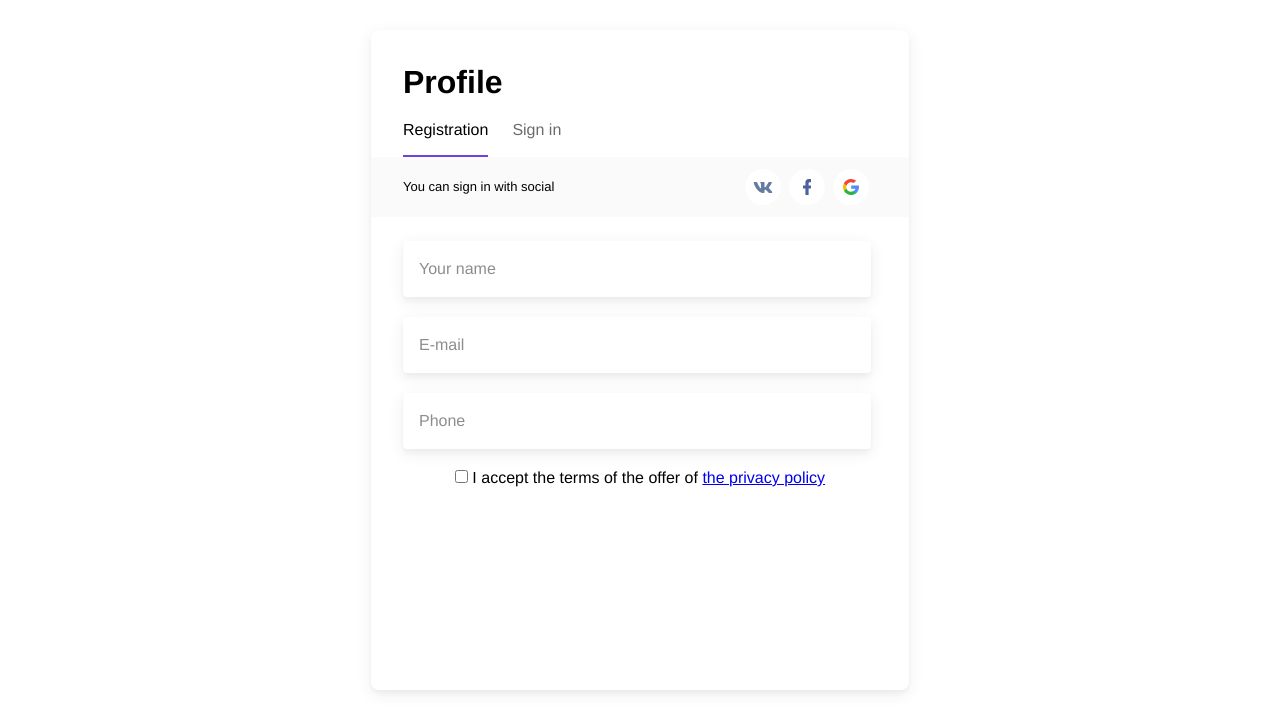
Repository: skydevil1604/vue-test-app
Page: /
An editor plug-in stored every save of this project. The page is shown before and after the next save, followed by the edit.
The browser window is 1280 px wide. The pictures show the whole page.
The project was rebuilt for these pictures with package versions that can differ from the ones it lists, and the page was loaded fresh each time.

Above is the page before, as saved 2020-04-06 15:05:05.

### public/index.html
<!DOCTYPE html>
<html lang="en">
  <head>
    <meta charset="utf-8">
    <meta http-equiv="X-UA-Compatible" content="IE=edge">
    <meta name="viewport" content="width=device-width,initial-scale=1.0">
    <link rel="icon" href="<%= BASE_URL %>favicon.ico">
    <link rel="stylesheet" href="../src/assets/normalize.css">
    <title><%= htmlWebpackPlugin.options.title %></title>
  </head>
  <body>
    <noscript>
      <strong>We're sorry but <%= htmlWebpackPlugin.options.title %> doesn't work properly without JavaScript enabled. Please enable it to continue.</strong>
    </noscript>
    <div id="app"></div>
    <!-- built files will be auto injected -->
  </body>
</html>

### src/App.vue
<template>
  <div id="app">
    <AuthenticationForm />
  </div>
</template>

<script>
import AuthenticationForm from './components/AuthenticationForm';

export default {
  name: 'App',
  components: {
    AuthenticationForm
  }
}
</script>

<style>
#app {
  font-family: Avenir, Helvetica, Arial, sans-serif;
  -webkit-font-smoothing: antialiased;
  -moz-osx-font-smoothing: grayscale;
  text-align: center;
  display: flex;
  height: 100vh;
}
</style>

### src/components/AuthenticationForm.vue
<template>
    <div class="authentication">
        <h1 class="authentication__header">Profile</h1>
        <Tabs>
            <Tab name="Registration">
                <RegistrationComponent />
            </Tab>
            <Tab name="Sign in">
                <LoginComponent :validate="false"/>
            </Tab>
        </Tabs>
    </div>
</template>
<script>
import Tabs from '@/components/Tabs';
import Tab from '@/components/Tab';
import LoginComponent from '@/components/Login';
import RegistrationComponent from '@/components/Registration';

export default {
    name: 'AuthenticationForm',
    components: {
        Tabs,
        Tab,
        LoginComponent,
        RegistrationComponent,
    }
}
</script>

<style lang="scss" scoped>
    .authentication {
        margin: auto;
        width: 474px;
        height: 628px;
        background: #FFFFFF;
        box-shadow: 0px 4px 16px rgba(51, 51, 51, 0.08), 0px 4px 4px rgba(51, 51, 51, 0.04);
        border-radius: 8px;
        padding-top: 32px;
        padding-left: 32px;
        padding-right: 32px;

            &__header {
                text-align: left;
                font-style: normal;
                font-weight: bold;
                font-size: 32px;
                line-height: 40px;
                margin: 0;
            }
    }
</style>

### src/components/Tabs.vue
<template>
    <div class="tabs">
        <ul class="tabs__list">
            <li
                v-for="(item, index) in items"
                :key="index"
                :class="item.active ? 'tabs__listitem tabs__listitem--active': 'tabs__listitem'"
                >
                <a
                    :href="item.hash"
                    class="tabs__itemlink"
                    v-text="item.name"
                    @click.prevent="showTab(item.hash)">
                </a>
            </li>
        </ul>
        <section class="tabs__content">
            <slot />
        </section>
    </div>
</template>
<script>
export default {
    name: 'Tabs',
    data() {
        return {
            items: [],
            selected: '',
        }
    },
    methods: {
        showTab(target) {
            this.items.forEach(item => item.active = (item.hash === target))
        },
    },
    created() {
        this.items = this.$children
    },
    mounted() {
        const startItem = this.items.findIndex(item => item.start)
        this.items[startItem > 0 ? startItem : 0].active = true;
    }
}
</script>
<style lang="scss" scoped>
.tabs {
    display: flex;
    flex-direction: column;
    &__list {
        display: flex;
        flex-direction: row;
        padding: 0;
        margin-bottom: 0;
        list-style-type: none;
    }
    &__listitem {
        min-width: 50px;
        color: black;
        font-size: 16px;
        line-height: 24px;
        padding-bottom: 15px;
        color: #6B6B6B;
        &--active {
            border-top-width: 6px;
            color: black;
            box-shadow: inset 0px -2px 0px #6E41E2;
        }
        &:first-child {
            border-top-left-radius: 5px;
            margin-right: 24px;
        }
        &:last-child {
            border-top-right-radius: 5px;
        }
    }
    &__itemlink {
        flex: 1;
        display: flex;
        align-items: center;
        text-decoration: none;
        font-size: inherit;
        color: inherit;
    }
}
</style>

### src/components/Tab.vue
<template>
    <div
        :id="hash"
        v-show="active">
        <slot />
    </div>
</template>
<script>
export default {
    name: 'Tab',
    props: {
        name: {
            type: String,
            required: true,
        },
        start: {
            type: Boolean,
            default: false,
        },
    },
    data() {
        return {
            active: false,
        }
    },
    computed: {
        hash() {
            return '%23' + this.name.toLowerCase().replace(/ /g, '-');
        },
    },
}
</script>

### src/components/Login.vue
<template>
  <div class="form-wrapper">
    <div class="social">
      <div class="social__text">You can sign in with social</div>
      <div class="social__items">
        <a class="social__item social__item--vkontakte" href="#">
          <svg width="20" height="11" viewBox="0 0 20 11" fill="none" xmlns="http://www.w3.org/2000/svg">
            <path d="M18.8002 0.74C18.9302 0.32 18.8002 0 18.1802 0H16.1602C15.6402 0 15.4102 0.27 15.2802 0.57C15.2802 0.57 14.2502 3.08 12.7902 4.72C12.3102 5.19 12.1002 5.34 11.8402 5.34C11.7102 5.34 11.5002 5.19 11.5002 4.76V0.74C11.5002 0.23 11.3802 0 10.9502 0H7.7602C7.4402 0 7.2502 0.24 7.2502 0.47C7.2502 0.95 8.0002 1.07 8.0502 2.44V5.42C8.0502 6.08 7.9302 6.2 7.6802 6.2C7.0002 6.2 5.3202 3.67 4.3302 0.79C4.1302 0.23 3.9402 0 3.4202 0H1.3902C0.820195 0 0.700195 0.27 0.700195 0.57C0.700195 1.11 1.3902 3.77 3.9002 7.29C5.5702 9.7 7.9302 11 10.0802 11C11.3702 11 11.5302 10.71 11.5302 10.21V8.39C11.5302 7.82 11.6502 7.7 12.0602 7.7C12.3602 7.7 12.8702 7.85 14.0702 9C15.4502 10.38 15.6702 11 16.4502 11H18.4702C19.0502 11 19.3402 10.71 19.1802 10.14C19.0002 9.57 18.3402 8.74 17.4702 7.76C17.0002 7.21 16.2902 6.61 16.0702 6.3C15.7702 5.92 15.8602 5.75 16.0702 5.4C16.0702 5.4 18.5402 1.93 18.8002 0.74Z" fill="#627DA1"/>
          </svg>
        </a>
        <a class="social__item social__item--facebook" href="#">
          <svg width="8" height="16" viewBox="0 0 8 16" fill="none" xmlns="http://www.w3.org/2000/svg">
            <path d="M8 0V3.2H6.4C5.848 3.2 5.6 3.848 5.6 4.4V6.4H8V9.6H5.6V16H2.4V9.6H0V6.4H2.4V3.2C2.4 2.35131 2.73714 1.53737 3.33726 0.937258C3.93737 0.337142 4.75131 0 5.6 0H8Z" fill="#4B629E"/>
          </svg>
        </a>
        <a class="social__item social__item--google" href="#">
          <svg width="24" height="24" viewBox="0 0 24 24" fill="none" xmlns="http://www.w3.org/2000/svg">
            <rect x="4" y="4" width="15.9995" height="15.9998" fill="white" fill-opacity="0.01"/>
            <path d="M7.54632 13.6683L6.9894 15.7474L4.95387 15.7905C4.34554 14.6621 4.00049 13.3712 4.00049 11.9993C4.00049 10.6727 4.3231 9.42177 4.89496 8.32025H4.8954L6.70759 8.6525L7.50144 10.4538C7.33529 10.9382 7.24473 11.4582 7.24473 11.9993C7.2448 12.5866 7.35117 13.1492 7.54632 13.6683Z" fill="#FBBB00"/>
            <path d="M19.8604 10.5052C19.9523 10.9891 20.0002 11.4889 20.0002 11.9997C20.0002 12.5724 19.9399 13.1311 19.8252 13.67C19.4358 15.5038 18.4182 17.1051 17.0086 18.2383L17.0082 18.2378L14.7256 18.1214L14.4026 16.1047C15.3379 15.5561 16.0689 14.6977 16.454 13.67H12.1763V10.5052H16.5164H19.8604Z" fill="#518EF8"/>
            <path d="M17.0077 18.2383L17.0082 18.2387C15.6373 19.3407 13.8957 20 12 20C8.95349 20 6.30479 18.2972 4.95361 15.7913L7.54607 13.6692C8.22164 15.4722 9.96093 16.7557 12 16.7557C12.8764 16.7557 13.6975 16.5188 14.4021 16.1052L17.0077 18.2383Z" fill="#28B446"/>
            <path d="M17.1068 5.84172L14.5152 7.96344C13.786 7.50763 12.924 7.24433 12.0005 7.24433C9.91533 7.24433 8.14351 8.58671 7.50178 10.4544L4.8957 8.32081H4.89526C6.22666 5.75382 8.90877 4 12.0005 4C13.9416 4 15.7213 4.69143 17.1068 5.84172Z" fill="#F14336"/>
          </svg>
        </a>
      </div>
    </div>
    <form class="form" action="#">
      <input class="form__item" type="email" name="email" id="email" placeholder="E-mail" >
      <input class="form__item" type="password" name="password" id="password" placeholder="Password">
    </form>
  </div>
</template>

<script>


export default {
  name: 'LoginComponent',
};
</script>
<style lang="scss">
  .social {
    height: 60px;
    display: flex;
    justify-content: space-between;
    background: #FAFAFA;
    align-items: center;
    width: 474px;
    margin-left: -32px;
    padding-left: 32px;
    padding-right: 32px;
    margin-bottom: 24px;

      &__text {
        font-style: normal;
        font-weight: normal;
        font-size: 13px;
        line-height: 20px;
      }

      &__items {
        display: flex;
        align-items: center;
      }

      &__item {
        width: 36px;
        height: 36px;
        border-radius: 50%;
        background-color: #ffffff;
        margin-right: 8px;
        display: flex;

          & svg {
            margin: auto;
          }
      }
  }
</style>

### src/components/Registration.vue
<template>
  <div class="form-wrapper">
    <div class="social">
      <div class="social__text">You can sign in with social</div>
      <div class="social__items">
        <a class="social__item social__item--vkontakte" href="#">
          <svg width="20" height="11" viewBox="0 0 20 11" fill="none" xmlns="http://www.w3.org/2000/svg">
            <path d="M18.8002 0.74C18.9302 0.32 18.8002 0 18.1802 0H16.1602C15.6402 0 15.4102 0.27 15.2802 0.57C15.2802 0.57 14.2502 3.08 12.7902 4.72C12.3102 5.19 12.1002 5.34 11.8402 5.34C11.7102 5.34 11.5002 5.19 11.5002 4.76V0.74C11.5002 0.23 11.3802 0 10.9502 0H7.7602C7.4402 0 7.2502 0.24 7.2502 0.47C7.2502 0.95 8.0002 1.07 8.0502 2.44V5.42C8.0502 6.08 7.9302 6.2 7.6802 6.2C7.0002 6.2 5.3202 3.67 4.3302 0.79C4.1302 0.23 3.9402 0 3.4202 0H1.3902C0.820195 0 0.700195 0.27 0.700195 0.57C0.700195 1.11 1.3902 3.77 3.9002 7.29C5.5702 9.7 7.9302 11 10.0802 11C11.3702 11 11.5302 10.71 11.5302 10.21V8.39C11.5302 7.82 11.6502 7.7 12.0602 7.7C12.3602 7.7 12.8702 7.85 14.0702 9C15.4502 10.38 15.6702 11 16.4502 11H18.4702C19.0502 11 19.3402 10.71 19.1802 10.14C19.0002 9.57 18.3402 8.74 17.4702 7.76C17.0002 7.21 16.2902 6.61 16.0702 6.3C15.7702 5.92 15.8602 5.75 16.0702 5.4C16.0702 5.4 18.5402 1.93 18.8002 0.74Z" fill="#627DA1"/>
          </svg>
        </a>
        <a class="social__item social__item--facebook" href="#">
          <svg width="8" height="16" viewBox="0 0 8 16" fill="none" xmlns="http://www.w3.org/2000/svg">
            <path d="M8 0V3.2H6.4C5.848 3.2 5.6 3.848 5.6 4.4V6.4H8V9.6H5.6V16H2.4V9.6H0V6.4H2.4V3.2C2.4 2.35131 2.73714 1.53737 3.33726 0.937258C3.93737 0.337142 4.75131 0 5.6 0H8Z" fill="#4B629E"/>
          </svg>
        </a>
        <a class="social__item social__item--google" href="#">
          <svg width="24" height="24" viewBox="0 0 24 24" fill="none" xmlns="http://www.w3.org/2000/svg">
            <rect x="4" y="4" width="15.9995" height="15.9998" fill="white" fill-opacity="0.01"/>
            <path d="M7.54632 13.6683L6.9894 15.7474L4.95387 15.7905C4.34554 14.6621 4.00049 13.3712 4.00049 11.9993C4.00049 10.6727 4.3231 9.42177 4.89496 8.32025H4.8954L6.70759 8.6525L7.50144 10.4538C7.33529 10.9382 7.24473 11.4582 7.24473 11.9993C7.2448 12.5866 7.35117 13.1492 7.54632 13.6683Z" fill="#FBBB00"/>
            <path d="M19.8604 10.5052C19.9523 10.9891 20.0002 11.4889 20.0002 11.9997C20.0002 12.5724 19.9399 13.1311 19.8252 13.67C19.4358 15.5038 18.4182 17.1051 17.0086 18.2383L17.0082 18.2378L14.7256 18.1214L14.4026 16.1047C15.3379 15.5561 16.0689 14.6977 16.454 13.67H12.1763V10.5052H16.5164H19.8604Z" fill="#518EF8"/>
            <path d="M17.0077 18.2383L17.0082 18.2387C15.6373 19.3407 13.8957 20 12 20C8.95349 20 6.30479 18.2972 4.95361 15.7913L7.54607 13.6692C8.22164 15.4722 9.96093 16.7557 12 16.7557C12.8764 16.7557 13.6975 16.5188 14.4021 16.1052L17.0077 18.2383Z" fill="#28B446"/>
            <path d="M17.1068 5.84172L14.5152 7.96344C13.786 7.50763 12.924 7.24433 12.0005 7.24433C9.91533 7.24433 8.14351 8.58671 7.50178 10.4544L4.8957 8.32081H4.89526C6.22666 5.75382 8.90877 4 12.0005 4C13.9416 4 15.7213 4.69143 17.1068 5.84172Z" fill="#F14336"/>
          </svg>
        </a>
      </div>
    </div>
    <form class="form" action="#">
      <input class="form__item" type="text" name="name" id="name" placeholder="Your name">
      <input class="form__item" type="email" name="email" id="email" placeholder="E-mail" >
      <input class="form__item" type="tel" name="tel" id="tel" placeholder="Phone">
      <div class="form__checkbox">
        <input type="checkbox" id="acception">
        <label for="acception">
          I accept the terms of the offer of <a href="#">the privacy policy</a>
        </label>
      </div>


    </form>
  </div>
</template>

<script>


export default {
  name: 'RegistrationComponent',
}
</script>

<style lang="scss">

  @mixin placeholder {
    &::-webkit-input-placeholder { color: rgba(17, 17, 17, 0.48) }
    &:-moz-placeholder           { color: rgba(17, 17, 17, 0.48) }
    &::-moz-placeholder          { color: rgba(17, 17, 17, 0.48) }
    &:-ms-input-placeholder      { color: rgba(17, 17, 17, 0.48) }
}
  @mixin placeholder-move-on-focus {
    &:focus::-webkit-input-placeholder { line-height: 20px;  transition: line-height 0.5s ease; }
    &:focus:-moz-placeholder           { line-height: 20px;  transition: line-height 0.5s ease; }
    &:focus::-moz-placeholder          { line-height: 20px;  transition: line-height 0.5s ease; }
    &:focus:-ms-input-placeholder      { line-height: 20px;  transition: line-height 0.5s ease; }
    &:focus::-webkit-input-placeholder { line-height: 100px; transition: line-height 0.5s ease; }
    &:focus:-moz-placeholder           { line-height: 100px; transition: line-height 0.5s ease; }
    &:focus::-moz-placeholder          { line-height: 100px; transition: line-height 0.5s ease; }
    &:focus:-ms-input-placeholder      { line-height: 100px; transition: line-height 0.5s ease; }
}

  .form {
    display: flex;
    flex-direction: column;

      &__item {
        width: 92%;
        box-shadow: 0px 4px 16px rgba(51, 51, 51, 0.08), 0px 4px 4px rgba(51, 51, 51, 0.04);
        border-radius: 4px;
        font-style: normal;
        font-weight: normal;
        font-size: 16px;
        line-height: 24px;
        color: #111111;
        padding: 16px;
        margin-bottom: 20px;
        outline: none;
        border: none;
        @include placeholder;
        @include placeholder-move-on-focus;
      }
  }
</style>

Loaded but not shown: src/main.js (common file); src/assets/normalize.css (library)

After the next save:
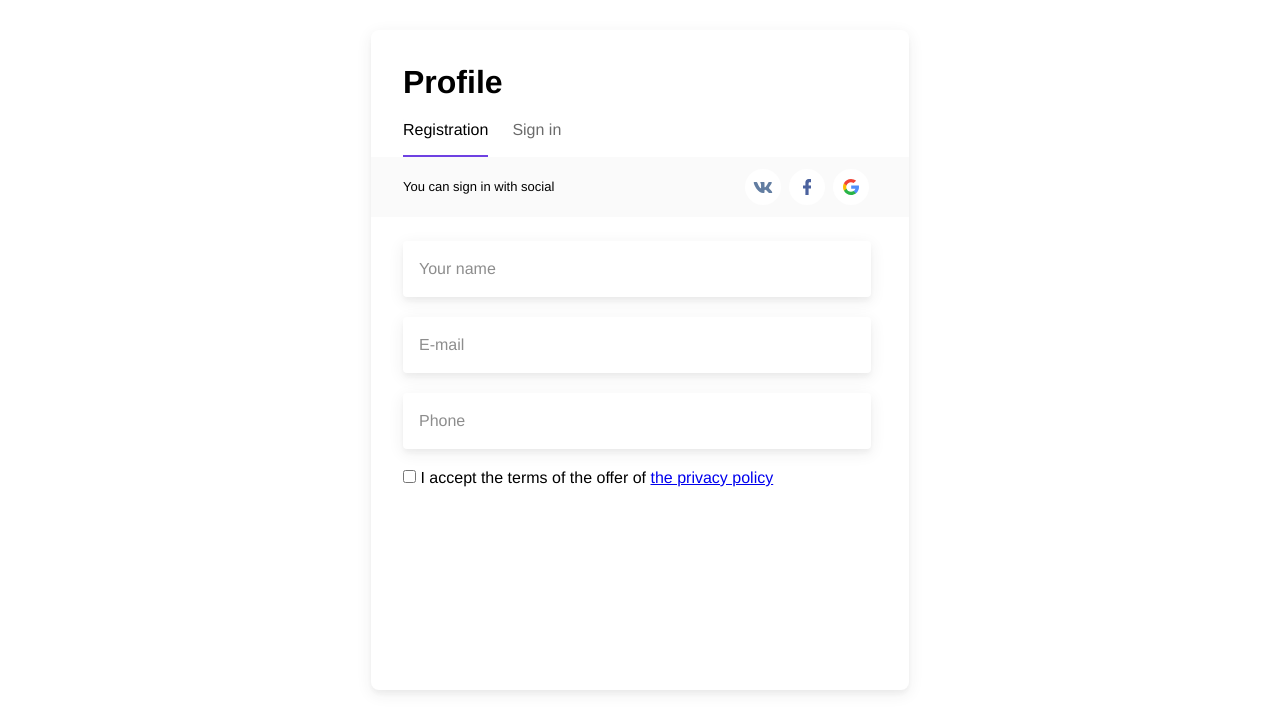
Saved 102 s later.
--- a/src/components/Registration.vue
+++ b/src/components/Registration.vue
@@ -87,5 +87,9 @@ export default {
         @include placeholder;
         @include placeholder-move-on-focus;
       }
+
+      &__checkbox {
+        text-align: left;
+      }
   }
 </style>
